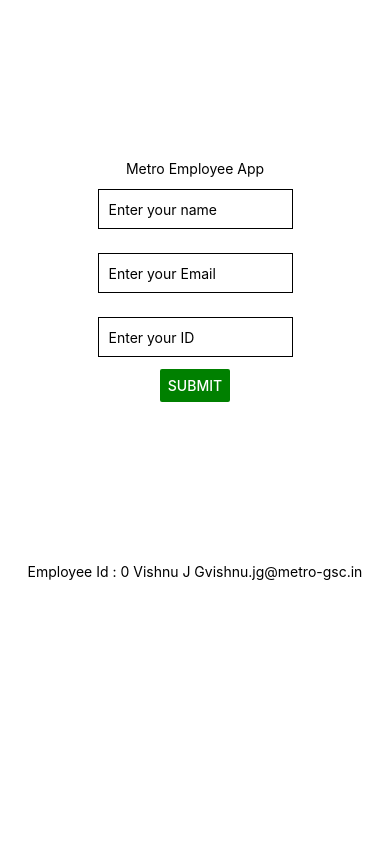
Repository: VishnuJG/Metro-Employee-App
Screen: /
An editor plug-in stored every save of this project. The screen is shown before and after a run of saves, followed by the edit.
The app was drawn by React Native's web renderer in a window 390 px wide. The project was rebuilt for these pictures with package versions that can differ from the ones it lists, and the page was loaded fresh each time. Some packages were replaced by stand-ins written for this rebuild.

Above is the screen before, as saved 2022-06-28 14:01:15.

### App.js
import { StatusBar } from 'expo-status-bar';
import React, { useState } from "react";
import { StyleSheet, Text, View, TextInput, Button, Alert} from 'react-native';
import { useDimensions } from '@react-native-community/hooks';
import Task from './components/Task';


export default function App() {

  // const {landscape}=useDimensions();
  const [emp, onEmpUpdate] = useState([{ id: 0, name: " Vishnu J G", email:"vishnu.jg@metro-gsc.in" }]);
  const [name, onChangeName] = useState("");
  const [email, onChangeEmail] = useState("");
  const [id, onChangeid] = useState(null);
  const onSubmit=(e)=>{
    e.preventDefault();
    if(!name){
      Alert.alert('Invalid Name', 'Invalid Name field',[{text: 'Okay', onPress:()=>{console.log("Okay Pressed")}},{text: 'No', onPress:()=>{console.log("No Pressed")}}])
    }
    if(!email){
      Alert.alert('Invalid Email', 'Invalid Email field',[{text: 'Okay', onPress:()=>{console.log("Okay Pressed")}},{text: 'No', onPress:()=>{console.log("No Pressed")}}])
    }
    if(!/\S+@\S+\.\S+/.test(email)){
      Alert.alert('Invalid Email', 'Invalid Email field',[{text: 'Okay', onPress:()=>{console.log("Okay Pressed")}},{text: 'No', onPress:()=>{console.log("No Pressed")}}])
    }
    if(!id){
      Alert.alert('Invalid Id', 'Invalid ID field',[{text: 'Okay', onPress:()=>{console.log("Okay Pressed")}},{text: 'No', onPress:()=>{console.log("No Pressed")}}])
    }
    console.log(name);
    console.log(email);
    console.log(id);
    const newEmp={id, name, email};
    onChangeName('');
    onChangeEmail('');
    onChangeid(null);
    onEmpUpdate([...emp, newEmp]);
  }
  return (
    <View style={styles.container} >
        <View style={styles.container}>
        <Text>Metro Employee App</Text>

        <TextInput
          style={styles.input}
          onChangeText={onChangeName}
          placeholder="Enter your name"
          value={name}
        />
        <TextInput
          style={styles.input}
          onChangeText={onChangeEmail}
          value={email}
          placeholder="Enter your Email"
          // keyboardType="numeric"
        />

        <TextInput
          style={styles.input}
          onChangeText={onChangeid}
          value={id}
          placeholder="Enter your ID"
          keyboardType="numeric"
        />
        <Button title="Submit"
          color="green"
          onPress={onSubmit}
          /></View>
        <View style={{flex:0.5, flexDirection: 'row'}}>
        {emp.map((newid)=>(<Task key={newid.id} ename={newid.name} eid={newid.id} eemail={newid.email}/>))}
        </View>
    </View>
  );
}

const styles = StyleSheet.create({
  container: {
    flex: 1,
    flexDirection: 'column',
    backgroundColor: '#fff',
    alignItems: 'center',
    justifyContent: 'center',
    fontSize: 20,
    // paddingTop:20,
    width:'100%',
  },
  input: {
    height: 40,
    margin: 12,
    borderWidth: 1,
    width:'50%',
    padding: 10,
  },

});

### components/Task.js
import { StatusBar } from 'expo-status-bar';
import React, { useState } from "react";
import { StyleSheet, Text, View, TextInput, Button, Alert} from 'react-native';
import { useDimensions } from '@react-native-community/hooks';


export default function Task(props) {
  console.log("Hello");
  return (
    <View style={styles.employee}>
      <Text>Employee Id : {props.eid}</Text>
      <Text>{props.ename}</Text>
      <Text>{props.eemail}</Text>

    </View>


  );
}

const styles = StyleSheet.create({
  employee:{
    width:'100%',
    flex:1,
    flexDirection:'row',
    justifyContent: 'left',
  }
});

After the next 4 saves:
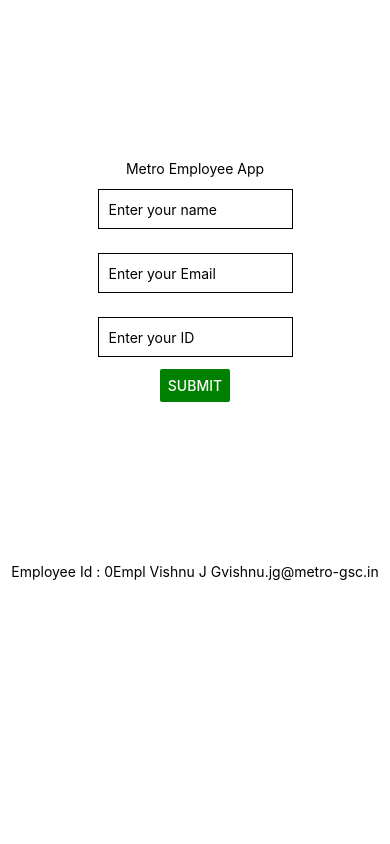
The 4 saves are shown as one change because they came seconds apart.
The last was saved 11 s later.
--- a/components/Task.js
+++ b/components/Task.js
@@ -9,7 +9,7 @@ export default function Task(props) {
   return (
     <View style={styles.employee}>
       <Text>Employee Id : {props.eid}</Text>
-      <Text>{props.ename}</Text>
+      <Text>Empl{props.ename}</Text>
       <Text>{props.eemail}</Text>
 
     </View>
